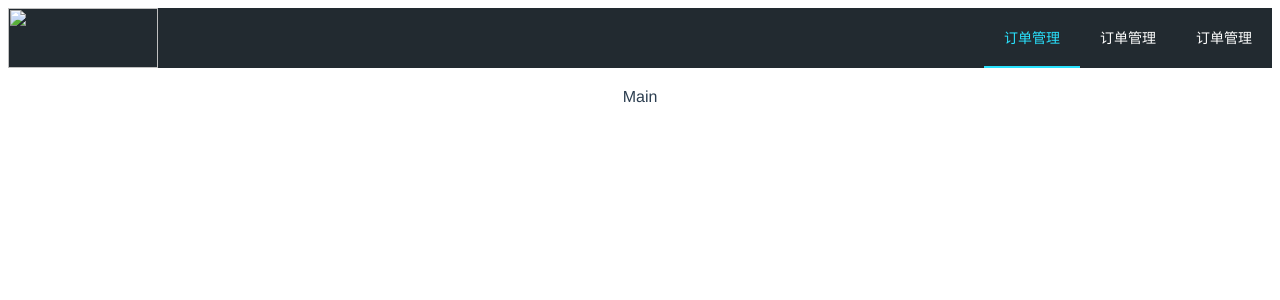
Repository: TheWomanLiketheWind/woodpecker
Page: /
The author's editor kept a copy of each file at every save. The page is drawn from the files as they stood at one save, then again after the next save.
The browser window is 1280 px wide. The pictures show the whole page.
The project was rebuilt for these pictures with package versions that can differ from the ones it lists, and the page was loaded fresh each time. Imported but missing from the stored project, and not drawn on this page: src/views/About.vue.

Above is the page before, as saved 2019-07-25 15:10:29.

### public/index.html
<!DOCTYPE html>
<html lang="en">
  <head>
    <meta charset="utf-8">
    <meta http-equiv="X-UA-Compatible" content="IE=edge">
    <meta name="viewport" content="width=device-width,initial-scale=1.0">
    <link rel="icon" href="<%= BASE_URL %>favicon.ico">
    <title>woodpecker</title>
  </head>
  <body>
    <noscript>
      <strong>We're sorry but woodpecker doesn't work properly without JavaScript enabled. Please enable it to continue.</strong>
    </noscript>
    <div id="app"></div>
    <!-- built files will be auto injected -->
  </body>
</html>

### src/App.vue
<template>
  <div id="app">
    <router-view />
  </div>
</template>

<style lang="scss">
#app {
  font-family: "Avenir", Helvetica, Arial, sans-serif;
  -webkit-font-smoothing: antialiased;
  -moz-osx-font-smoothing: grayscale;
  text-align: center;
  color: #2c3e50;
  .el-header {
    padding: 0;
    display: flex;
    justify-content: space-between;
  }
}
#nav {
  padding: 30px;
  a {
    font-weight: bold;
    color: #2c3e50;
    &.router-link-exact-active {
      color: #42b983;
    }
  }
}
</style>

### src/views/Home.vue
<template>
  <el-container>
    <el-header class="headerAll">
      <img src=""
           class="headImage">
      <el-menu :default-active="activeIndex"
               class="el-menu-demo"
               mode="horizontal"
               background-color="#222a30"
               text-color="#fff"
               active-text-color="#29e2fe"
               @select="handleSelect">
        <el-menu-item v-for="(item, index) in menuList"
                      :key="index"
                      :index="item.index">{{item.name}}</el-menu-item>
      </el-menu>
    </el-header>
    <el-main>Main</el-main>
  </el-container>
</template>

<script lang="ts">
import { Component, Vue } from "vue-property-decorator";

@Component({
  components: {}
})
export default class Home extends Vue {
  data() {
    return {
      activeIndex: "1",
      menuList: [
        {
          name: "订单管理",
          index: "1",
          link: ""
        },
        {
          name: "订单管理",
          index: "2",
          link: ""
        },
        {
          name: "订单管理",
          index: "3",
          link: ""
        }
      ]
    };
  }

  private handleSelect(key: any, keyPath: any) {
    console.log(key, keyPath);
  }
}
</script>

<style lang="scss">
.headerAll {
  background: #222a30;
  .headImage {
    width: 150px;
    height: 100%;
  }
}
</style>

Loaded but not shown: src/main.ts (common file); src/router.ts (common file); src/store.ts (common file)

After the next save:
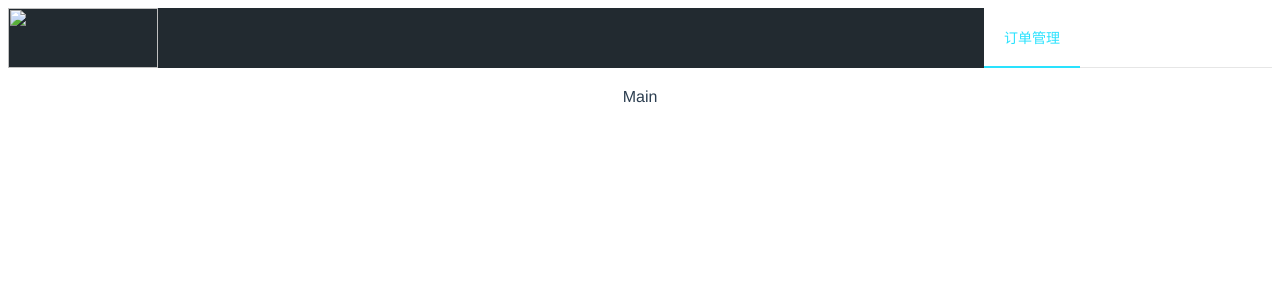
Saved 5 s later.
--- a/src/views/Home.vue
+++ b/src/views/Home.vue
@@ -6,7 +6,6 @@
       <el-menu :default-active="activeIndex"
                class="el-menu-demo"
                mode="horizontal"
-               background-color="#222a30"
                text-color="#fff"
                active-text-color="#29e2fe"
                @select="handleSelect">

After the save that followed:
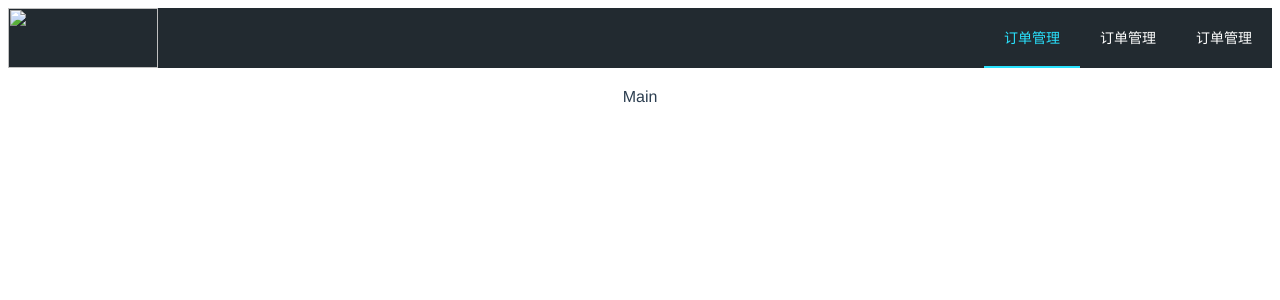
Saved 4 s later.
--- a/src/views/Home.vue
+++ b/src/views/Home.vue
@@ -6,6 +6,7 @@
       <el-menu :default-active="activeIndex"
                class="el-menu-demo"
                mode="horizontal"
+               background-color="#222a30"
                text-color="#fff"
                active-text-color="#29e2fe"
                @select="handleSelect">
